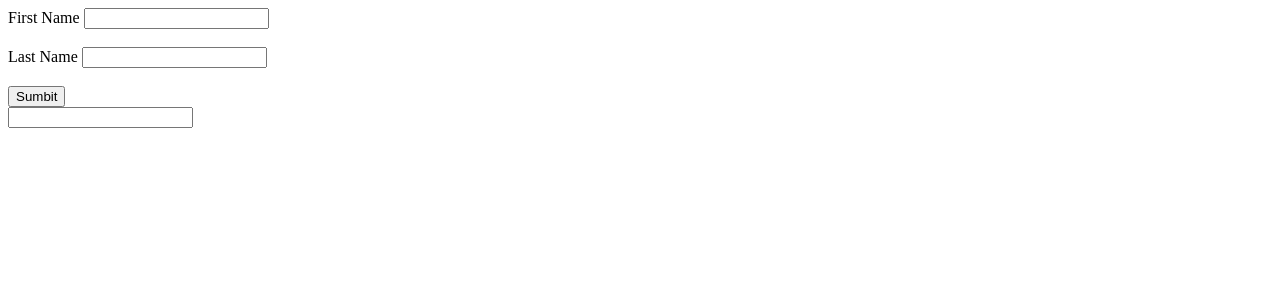
Repository: Fariaddd/codefactor-stylesheet
Page: index.html
The author's editor kept a copy of each file at every save. The page is drawn from the files as they stood at one save, then again after the next save.
The browser window is 1280 px wide. The pictures show the whole page.

Above is the page before, as saved 2021-11-17 19:14:37.

After the next save:
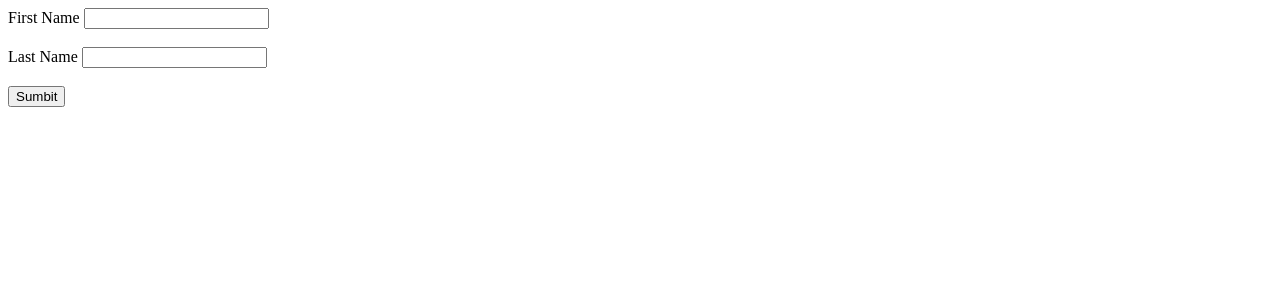
Saved 21 min 29 s later.
--- a/index.html
+++ b/index.html
@@ -16,16 +16,7 @@
       <input type="submit" value="Sumbit" />
     </form>
 
-    <nav>
-      <input list="browsers" />
 
-      <datalist id="browsers">
-        <option value="Internet Explorer"></option>
-        <option value="Firefox"></option>
-        <option value="Google Chrome"></option>
-        <option value="Opera"></option>
-        <option value="Safari"></option>
-      </datalist>
     </nav>
   </body>
 </html>
